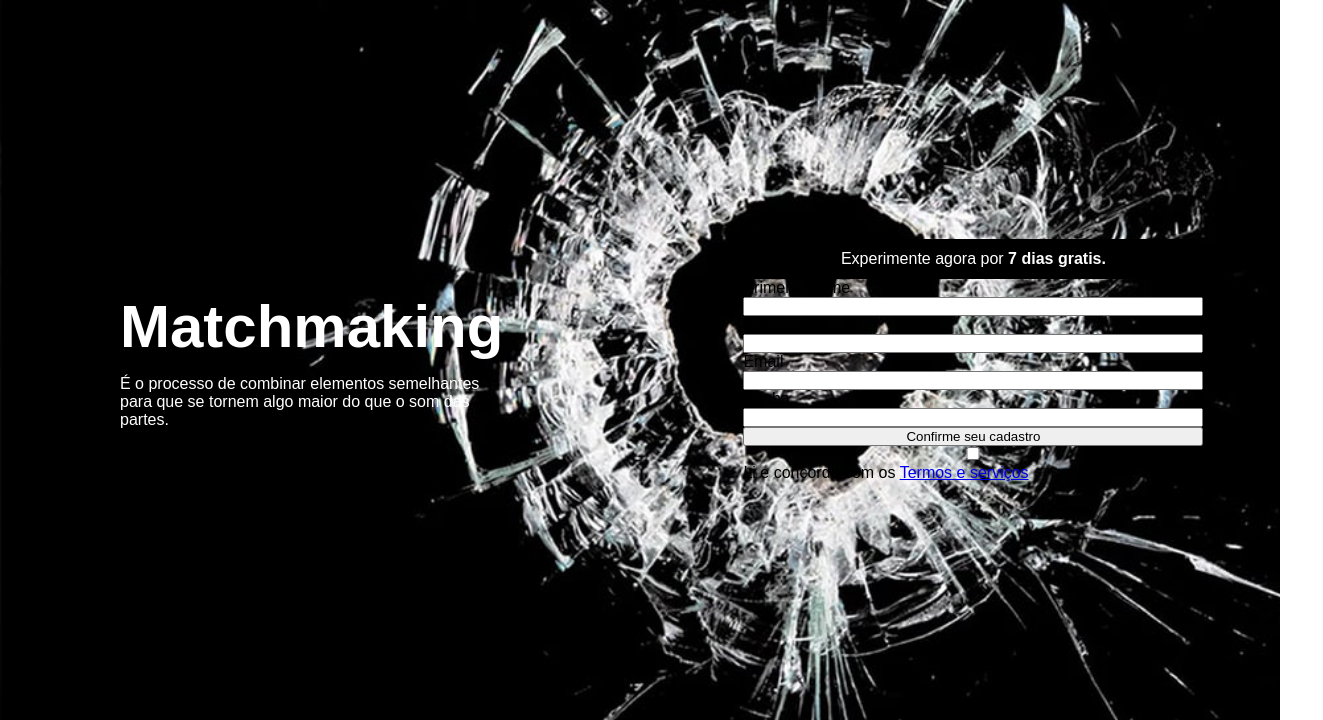
Repository: analessp/tela-login
Page: index.html
An editor plug-in stored every save of this project. The page is shown before and after a run of saves, followed by the edit.
The browser window is 1280 px wide. The page is 1323 px wide, so the pictures cover 1323 px, including what lies to the right of the window. The pictures show the whole page.
Some web fonts or font styles are not loaded; a fallback is used.

Above is the page before, as saved 2025-04-16 09:37:27.

After the next 3 saves:
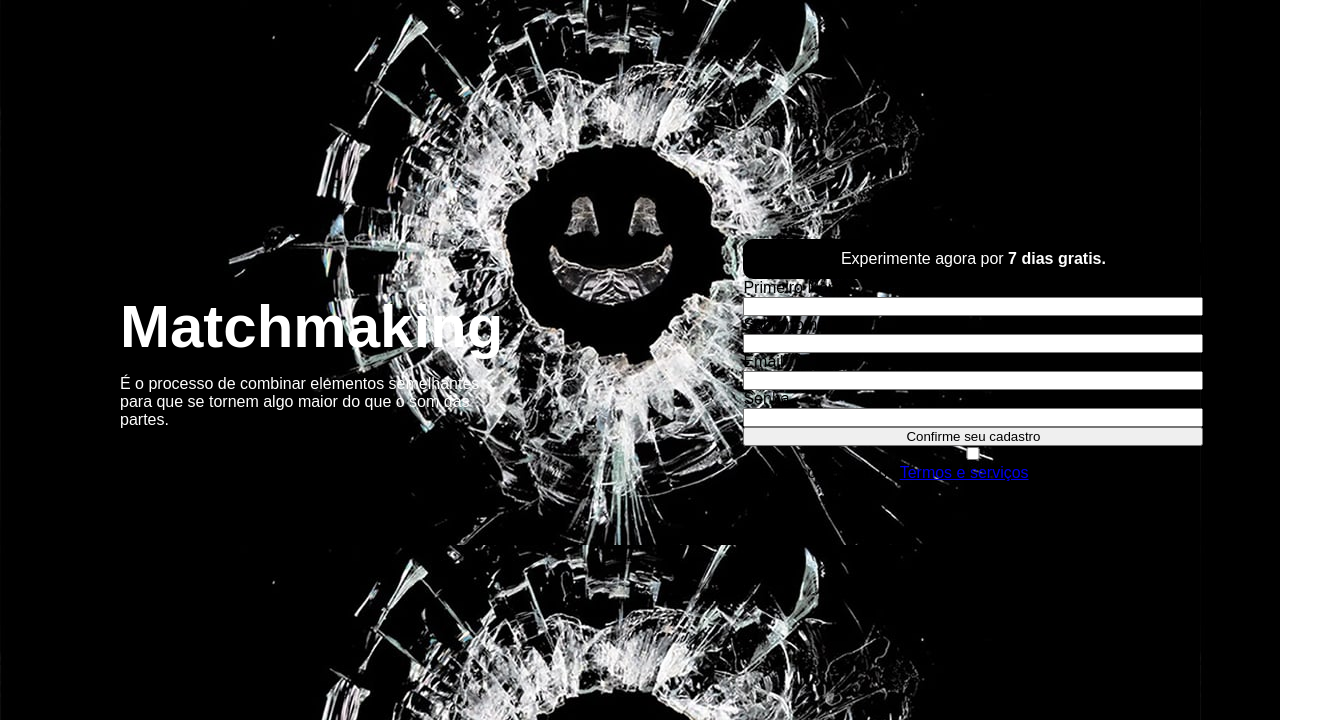
The 3 saves are shown as one change because they came seconds apart.
The last was saved 80 s later.
--- a/style.css
+++ b/style.css
@@ -9,7 +9,7 @@
 main {
     display: flex;
     background-image: url("./assets/background.jpg");
-    background-size: cover;
+    background-size: no-repeat;
     position: relative;
     height: 100vh;
     z-index: 0;
